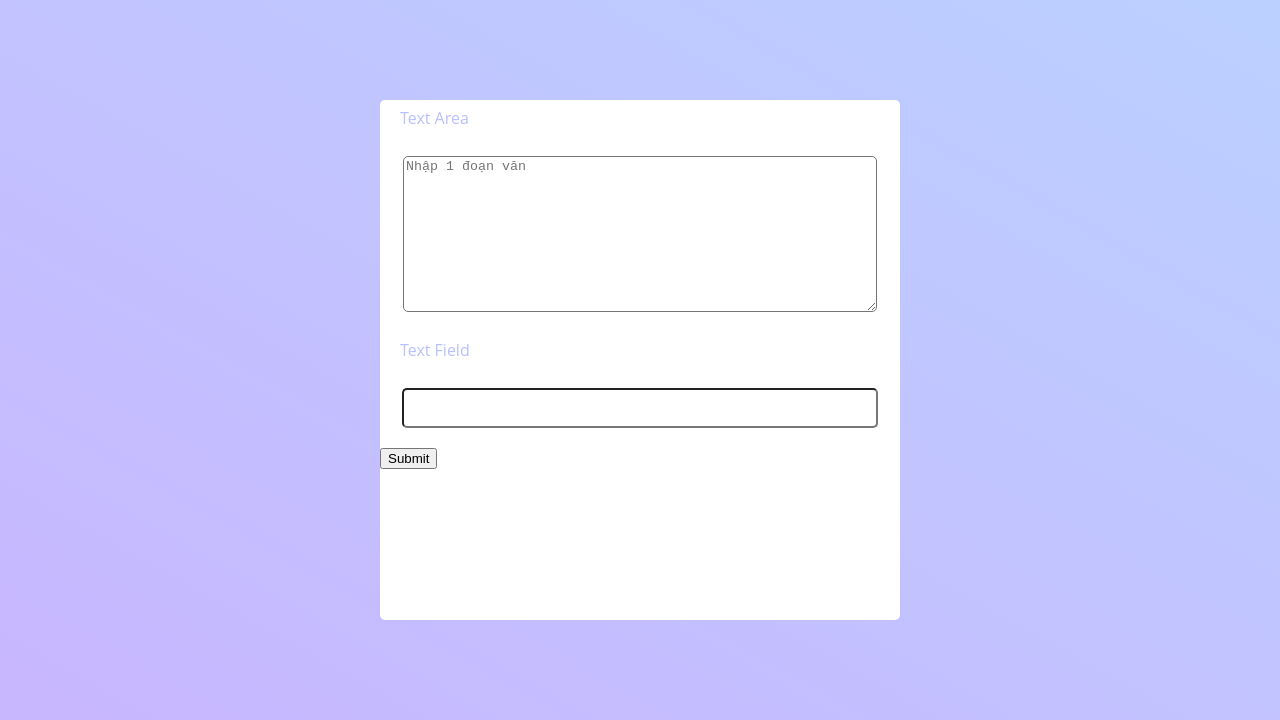
Repository: letrongtinh27/LapTrinhWeb
Page: Lab4.4/index.html
The author's editor kept a copy of each file at every save. The page is drawn from the files as they stood at one save, then again after the next save.
The browser window is 1280 px wide. The pictures show the whole page.

Above is the page before, as saved 2022-10-14 19:53:21.

### Lab4.4/index.html
<!DOCTYPE html>
<html lang="en">
<head>
    <meta charset="UTF-8">
    <meta http-equiv="X-UA-Compatible" content="IE=edge">
    <meta name="viewport" content="width=device-width, initial-scale=1.0">
    <title>Document</title>
    <link rel="stylesheet" href="./reset.css">
    <link rel="stylesheet" href="style.css">
</head>
<body>
    <div class="container">
        <h4>Text Area</h4>
        <div class="text-area">
            <textarea name="" id="" cols="30" rows="10" placeholder="Nhập 1 đoạn văn"></textarea>
        </div>
        <h4>Text Field</h4>
        <div class="text-field">
            <input type="text">
        </div>

        <div class="btn-input"><button id="btn">Submit</button></div>
    </div>


    <script src="./main.js"></script>
</body>
</html>

### Lab4.4/style.css
body {
    font-family: 'Open Sans',sans-serif;
    width: 100%;
    height: 100vh;
    background-image: linear-gradient(to right top, #c8b6ff,#bbd0ff);
    display: flex;
    justify-content: center;
    align-items: center;
}

.container {
    width: 100%;
    max-width: 520px;
    height: 100%;
    max-height: 520px;
    background-color: #fff  ;
    border-radius: 5px;

}
.text-area {
    display: flex;
}
.text-area > textarea, .text-field > input{
    width: 90%;
    border-radius: 5px;
    margin: 20px auto;

}
.text-field{
    display: flex;
    height: 80px;
}
.btn-input{

}

h4 {
    margin: 10px 20px;
    color: #b8c0ff;
}

Loaded but not shown: Lab4.4/reset.css (common file); Lab4.4/main.js (no stored copy; drawn as an empty file)

After the next save:
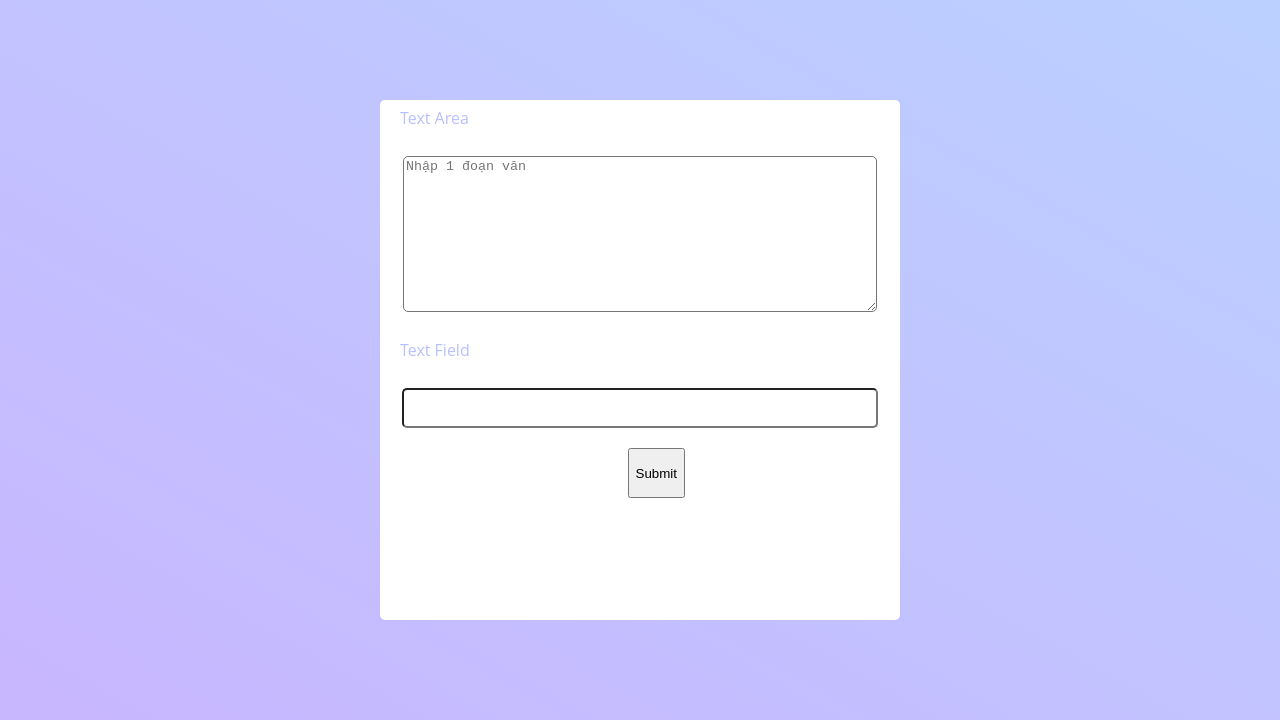
Saved 38 s later.
--- a/Lab4.4/style.css
+++ b/Lab4.4/style.css
@@ -31,7 +31,11 @@ body {
     height: 80px;
 }
 .btn-input{
-
+    display: flex;
+    margin: 0 auto;
+    font-size: 21px;
+    width: 25px;
+    height: 50px;
 }
 
 h4 {
